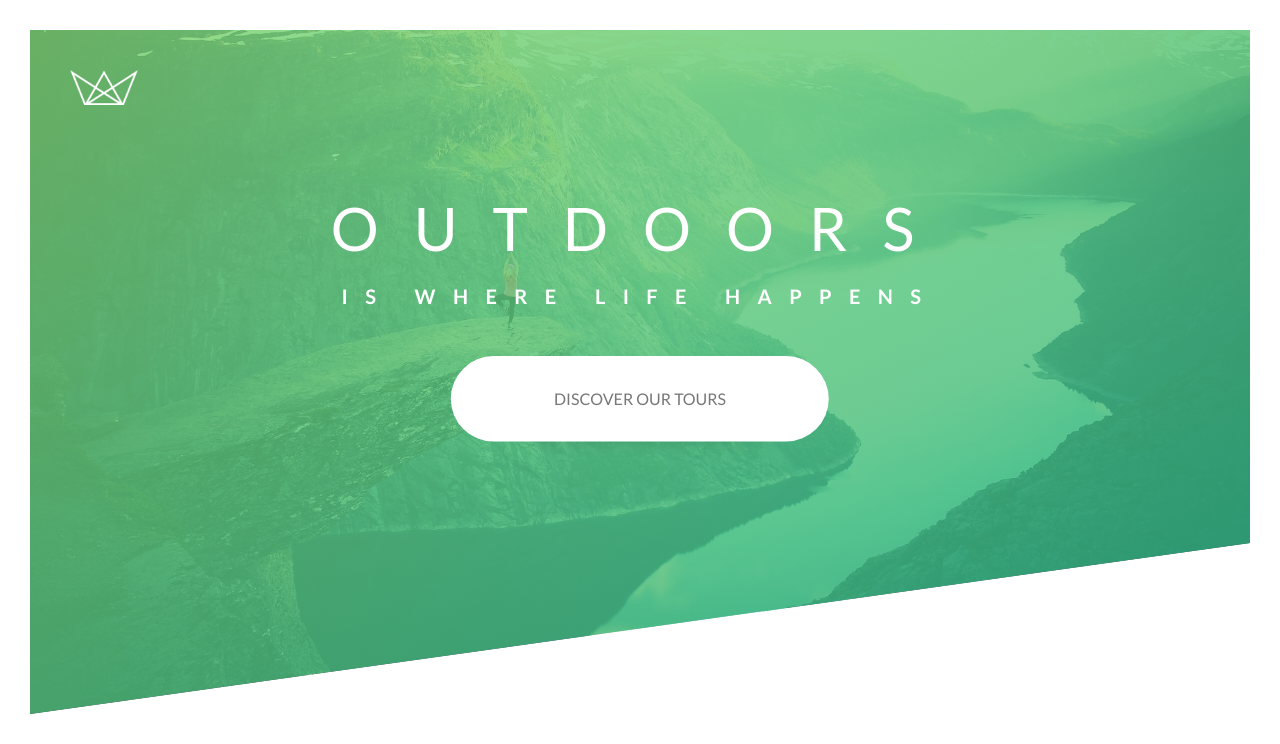
Repository: taivuong95/natours-fe
Page: index.html
The author's editor kept a copy of each file at every save. The page is drawn from the files as they stood at one save, then again after the next save.
The browser window is 1280 px wide. The pictures show the whole page.
The pointer rests on the first visible `.btn`.

Above is the page before, as saved 2020-12-09 16:35:57.

### index.html
<!DOCTYPE html>
<html lang="en">
    <head>
        <meta charset="UTF-8">
        <meta name="viewport" content="width=device-width, initial-scale=1.0">

        <link href="https://fonts.googleapis.com/css?family=Lato:100,300,400,700,900" rel="stylesheet">

        <link rel="stylesheet" href="css/icon-font.css">
        <link rel="stylesheet" href="css/style.css">
        <link rel="shortcut icon" type="image/png" href="img/favicon.png">

        <title>Natours | Exciting tours for adventurous people</title>
    </head>
    <body>
        <header class="header">
           <div class="logo-box">
               <img src="img/logo-white.png" alt="" class="logo">
           </div>
           <div class="text-box">
            <h1 class="heading-primary">
                <span class="heading-primary-main">Outdoors</span>
                <span class="heading-primary-sub">is where life happens</span>
            </h1>
            <a href="#" class="btn btn-white">Discover our tours</a>
           </div>
        </header>

    </body>
</html>

### css/icon-font.css
@charset "UTF-8";

@font-face {
  font-family: "linea-basic-10";
  src:url("fonts/linea-basic-10.eot");
  src:url("fonts/linea-basic-10.eot?#iefix") format("embedded-opentype"),
    url("fonts/linea-basic-10.woff") format("woff"),
    url("fonts/linea-basic-10.ttf") format("truetype"),
    url("fonts/linea-basic-10.svg#linea-basic-10") format("svg");
  font-weight: normal;
  font-style: normal;

}

[data-icon]:before {
  font-family: "linea-basic-10" !important;
  content: attr(data-icon);
  font-style: normal !important;
  font-weight: normal !important;
  font-variant: normal !important;
  text-transform: none !important;
  speak: none;
  line-height: 1;
  -webkit-font-smoothing: antialiased;
  -moz-osx-font-smoothing: grayscale;
}

[class^="icon-"]:before,
[class*=" icon-"]:before {
  font-family: "linea-basic-10" !important;
  font-style: normal !important;
  font-weight: normal !important;
  font-variant: normal !important;
  text-transform: none !important;
  speak: none;
  line-height: 1;
  -webkit-font-smoothing: antialiased;
  -moz-osx-font-smoothing: grayscale;
}

.icon-basic-accelerator:before {
  content: "a";
}
.icon-basic-alarm:before {
  content: "b";
}
.icon-basic-anchor:before {
  content: "c";
}
.icon-basic-anticlockwise:before {
  content: "d";
}
.icon-basic-archive:before {
  content: "e";
}
.icon-basic-archive-full:before {
  content: "f";
}
.icon-basic-ban:before {
  content: "g";
}
.icon-basic-battery-charge:before {
  content: "h";
}
.icon-basic-battery-empty:before {
  content: "i";
}
.icon-basic-battery-full:before {
  content: "j";
}
.icon-basic-battery-half:before {
  content: "k";
}
.icon-basic-bolt:before {
  content: "l";
}
.icon-basic-book:before {
  content: "m";
}
.icon-basic-book-pen:before {
  content: "n";
}
.icon-basic-book-pencil:before {
  content: "o";
}
.icon-basic-bookmark:before {
  content: "p";
}
.icon-basic-calculator:before {
  content: "q";
}
.icon-basic-calendar:before {
  content: "r";
}
.icon-basic-cards-diamonds:before {
  content: "s";
}
.icon-basic-cards-hearts:before {
  content: "t";
}
.icon-basic-case:before {
  content: "u";
}
.icon-basic-chronometer:before {
  content: "v";
}
.icon-basic-clessidre:before {
  content: "w";
}
.icon-basic-clock:before {
  content: "x";
}
.icon-basic-clockwise:before {
  content: "y";
}
.icon-basic-cloud:before {
  content: "z";
}
.icon-basic-clubs:before {
  content: "A";
}
.icon-basic-compass:before {
  content: "B";
}
.icon-basic-cup:before {
  content: "C";
}
.icon-basic-diamonds:before {
  content: "D";
}
.icon-basic-display:before {
  content: "E";
}
.icon-basic-download:before {
  content: "F";
}
.icon-basic-exclamation:before {
  content: "G";
}
.icon-basic-eye:before {
  content: "H";
}
.icon-basic-eye-closed:before {
  content: "I";
}
.icon-basic-female:before {
  content: "J";
}
.icon-basic-flag1:before {
  content: "K";
}
.icon-basic-flag2:before {
  content: "L";
}
.icon-basic-floppydisk:before {
  content: "M";
}
.icon-basic-folder:before {
  content: "N";
}
.icon-basic-folder-multiple:before {
  content: "O";
}
.icon-basic-gear:before {
  content: "P";
}
.icon-basic-geolocalize-01:before {
  content: "Q";
}
.icon-basic-geolocalize-05:before {
  content: "R";
}
.icon-basic-globe:before {
  content: "S";
}
.icon-basic-gunsight:before {
  content: "T";
}
.icon-basic-hammer:before {
  content: "U";
}
.icon-basic-headset:before {
  content: "V";
}
.icon-basic-heart:before {
  content: "W";
}
.icon-basic-heart-broken:before {
  content: "X";
}
.icon-basic-helm:before {
  content: "Y";
}
.icon-basic-home:before {
  content: "Z";
}
.icon-basic-info:before {
  content: "0";
}
.icon-basic-ipod:before {
  content: "1";
}
.icon-basic-joypad:before {
  content: "2";
}
.icon-basic-key:before {
  content: "3";
}
.icon-basic-keyboard:before {
  content: "4";
}
.icon-basic-laptop:before {
  content: "5";
}
.icon-basic-life-buoy:before {
  content: "6";
}
.icon-basic-lightbulb:before {
  content: "7";
}
.icon-basic-link:before {
  content: "8";
}
.icon-basic-lock:before {
  content: "9";
}
.icon-basic-lock-open:before {
  content: "!";
}
.icon-basic-magic-mouse:before {
  content: "\"";
}
.icon-basic-magnifier:before {
  content: "#";
}
.icon-basic-magnifier-minus:before {
  content: "$";
}
.icon-basic-magnifier-plus:before {
  content: "%";
}
.icon-basic-mail:before {
  content: "&";
}
.icon-basic-mail-multiple:before {
  content: "'";
}
.icon-basic-mail-open:before {
  content: "(";
}
.icon-basic-mail-open-text:before {
  content: ")";
}
.icon-basic-male:before {
  content: "*";
}
.icon-basic-map:before {
  content: "+";
}
.icon-basic-message:before {
  content: ",";
}
.icon-basic-message-multiple:before {
  content: "-";
}
.icon-basic-message-txt:before {
  content: ".";
}
.icon-basic-mixer2:before {
  content: "/";
}
.icon-basic-mouse:before {
  content: ":";
}
.icon-basic-notebook:before {
  content: ";";
}
.icon-basic-notebook-pen:before {
  content: "<";
}
.icon-basic-notebook-pencil:before {
  content: "=";
}
.icon-basic-paperplane:before {
  content: ">";
}
.icon-basic-pencil-ruler:before {
  content: "?";
}
.icon-basic-pencil-ruler-pen:before {
  content: "@";
}
.icon-basic-photo:before {
  content: "[";
}
.icon-basic-picture:before {
  content: "]";
}
.icon-basic-picture-multiple:before {
  content: "^";
}
.icon-basic-pin1:before {
  content: "_";
}
.icon-basic-pin2:before {
  content: "`";
}
.icon-basic-postcard:before {
  content: "{";
}
.icon-basic-postcard-multiple:before {
  content: "|";
}
.icon-basic-printer:before {
  content: "}";
}
.icon-basic-question:before {
  content: "~";
}
.icon-basic-rss:before {
  content: "\\";
}
.icon-basic-server:before {
  content: "\e000";
}
.icon-basic-server2:before {
  content: "\e001";
}
.icon-basic-server-cloud:before {
  content: "\e002";
}
.icon-basic-server-download:before {
  content: "\e003";
}
.icon-basic-server-upload:before {
  content: "\e004";
}
.icon-basic-settings:before {
  content: "\e005";
}
.icon-basic-share:before {
  content: "\e006";
}
.icon-basic-sheet:before {
  content: "\e007";
}
.icon-basic-sheet-multiple:before {
  content: "\e008";
}
.icon-basic-sheet-pen:before {
  content: "\e009";
}
.icon-basic-sheet-pencil:before {
  content: "\e00a";
}
.icon-basic-sheet-txt:before {
  content: "\e00b";
}
.icon-basic-signs:before {
  content: "\e00c";
}
.icon-basic-smartphone:before {
  content: "\e00d";
}
.icon-basic-spades:before {
  content: "\e00e";
}
.icon-basic-spread:before {
  content: "\e00f";
}
.icon-basic-spread-bookmark:before {
  content: "\e010";
}
.icon-basic-spread-text:before {
  content: "\e011";
}
.icon-basic-spread-text-bookmark:before {
  content: "\e012";
}
.icon-basic-star:before {
  content: "\e013";
}
.icon-basic-tablet:before {
  content: "\e014";
}
.icon-basic-target:before {
  content: "\e015";
}
.icon-basic-todo:before {
  content: "\e016";
}
.icon-basic-todo-pen:before {
  content: "\e017";
}
.icon-basic-todo-pencil:before {
  content: "\e018";
}
.icon-basic-todo-txt:before {
  content: "\e019";
}
.icon-basic-todolist-pen:before {
  content: "\e01a";
}
.icon-basic-todolist-pencil:before {
  content: "\e01b";
}
.icon-basic-trashcan:before {
  content: "\e01c";
}
.icon-basic-trashcan-full:before {
  content: "\e01d";
}
.icon-basic-trashcan-refresh:before {
  content: "\e01e";
}
.icon-basic-trashcan-remove:before {
  content: "\e01f";
}
.icon-basic-upload:before {
  content: "\e020";
}
.icon-basic-usb:before {
  content: "\e021";
}
.icon-basic-video:before {
  content: "\e022";
}
.icon-basic-watch:before {
  content: "\e023";
}
.icon-basic-webpage:before {
  content: "\e024";
}
.icon-basic-webpage-img-txt:before {
  content: "\e025";
}
.icon-basic-webpage-multiple:before {
  content: "\e026";
}
.icon-basic-webpage-txt:before {
  content: "\e027";
}
.icon-basic-world:before {
  content: "\e028";
}

### css/style.css
/*
COLORS:

Light green: #7ed56f
Medium green: #55c57a
Dark green: #28b485

*/

* {
  margin: 0;
  padding: 0;
  box-sizing: border-box;
}

body {
  font-family: "Lato", sans-serif;
  font-weight: 400;
  font-size: 16px;
  line-height: 1.7;
  color: #777;
  padding: 30px;
}

.header {
  height: 95vh;
  background-image: linear-gradient(
      to right bottom,
      rgba(126, 213, 111, 0.8),
      rgba(40, 180, 133, 0.8)
    ),
    url(../img/hero.jpg);
  background-size: cover;
  background-position: top;
  clip-path: polygon(0 0, 100% 0, 100% 75%, 0 100%);
  position: relative;
}

.logo-box {
  position: absolute;
  top: 40px;
  left: 40px;
}

.logo {
  height: 35px;
}

.text-box {
  position: absolute;
  top: 40%;
  left: 50%;
  transform: translate(-50%, -50%);
  text-align: center;
}

.heading-primary {
  color: #fff;
  text-transform: uppercase;

  backface-visibility: hidden;
  margin-bottom: 60px;
}

.heading-primary-main {
  display: block;
  font-size: 60px;
  font-weight: 400;
  letter-spacing: 35px;

  animation-name: moveInLeft;
  animation-duration: 1s;
  animation-timing-function: ease-out;

  /* animation-iteration-count: 3; */
  /* animation-delay: 3s; */
}

.heading-primary-sub {
  display: block;
  font-size: 20px;
  font-weight: 700;
  letter-spacing: 17.4px;

  animation: moveInRight 1s ease-out;
}

@keyframes moveInLeft {
  0% {
    opacity: 0;
    transform: translateX(-100px);
  }
  80% {
    transform: translateX(10px);
  }
  100% {
    opacity: 1;
    transform: translate(0);
  }
}

@keyframes moveInRight {
  0% {
    opacity: 0;
    transform: translateX(100px);
  }
  80% {
    transform: translateX(-10px);
  }
  100% {
    opacity: 1;
    transform: translate(0);
  }
}

.btn:link,
.btn:visited {
  text-transform: uppercase;
  text-decoration: none;
  padding: 15px 40px;
  display: inline-block;
  border-radius: 100px;
  transition: all 0.2s;
  position: relative;
}

.btn:hover {
  transform: translateY(-3px);
  box-shadow: 0 10px 20px rgba(0, 0, 0, 0.2);
}

.btn:active {
  transform: translateY(-1px);
  box-shadow: 0 5px 10px rgba(0, 0, 0, 0.2);
}

.btn-white {
  background-color: #fff;
  color: #777;
}

.btn::after {
  content: "";
  display: inline-block;
  height: 100%;
  width: 100%;
  border-radius: 100px;
  position: absolute;
  top: 0;
  left: 0;
  z-index: -1;
  transition: all 0.4s;
}

.btn-white::after {
  background-color: #fff;
}

.btn:hover::after {
  transform: scale(1.5);
}

After the next save:
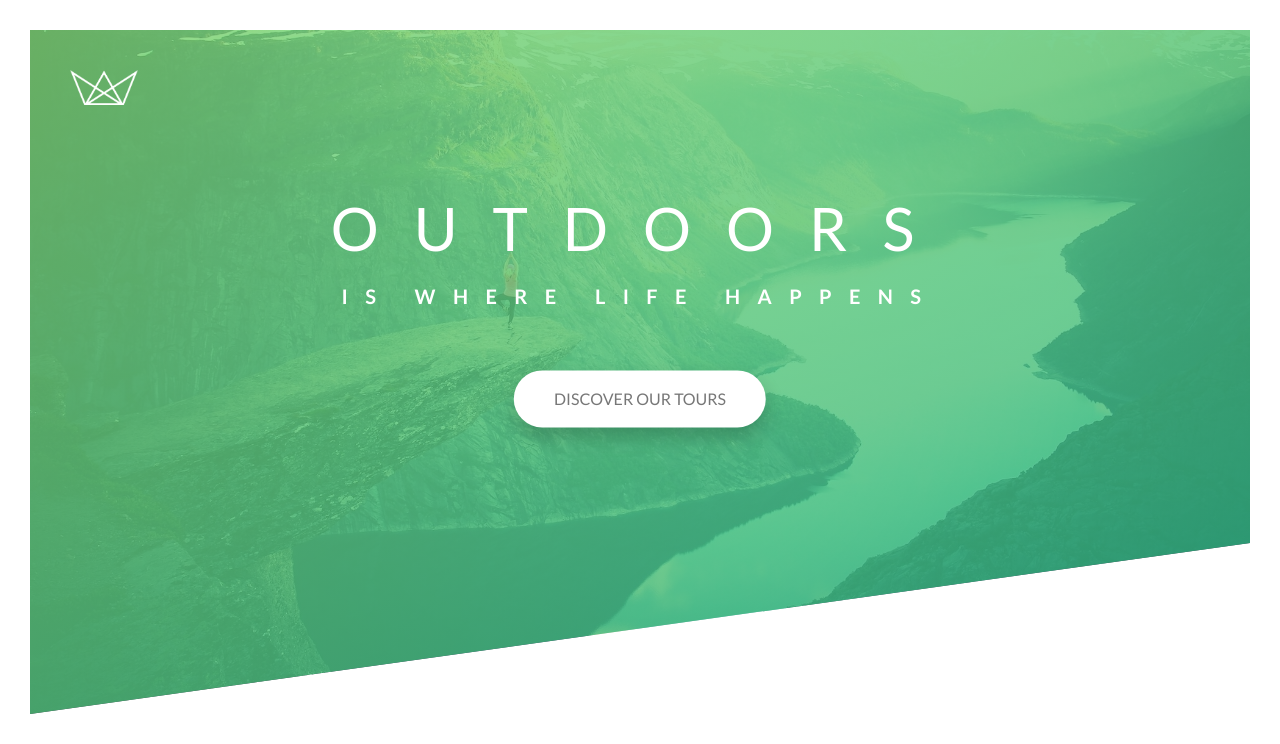
Saved 13 s later.
--- a/css/style.css
+++ b/css/style.css
@@ -158,4 +158,5 @@ body {
 
 .btn:hover::after {
   transform: scale(1.5);
+  opacity: 0;
 }
